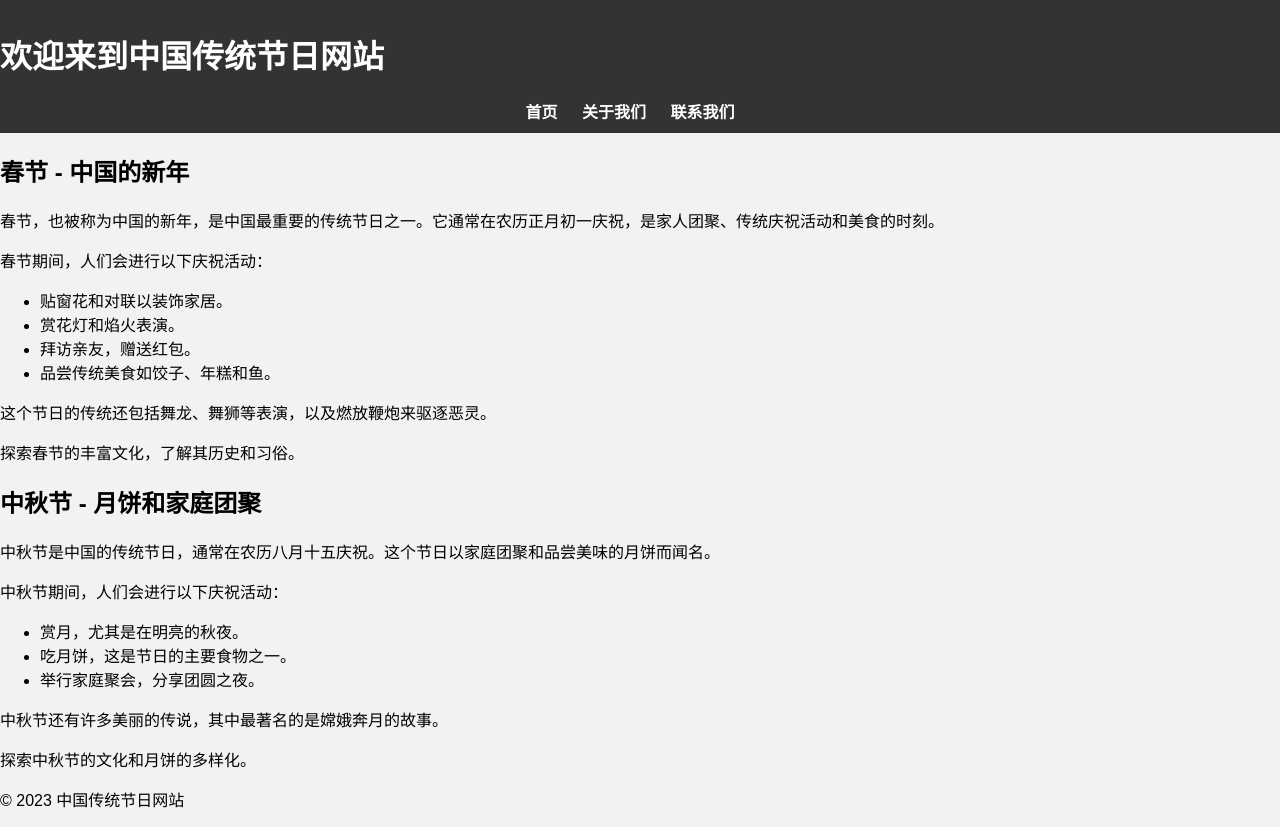
Repository: XueJie1/computer-operation-basics
Page: index.html
These files come from the project's save history. The page is drawn as it stood at one moment and after the next save; the edit follows.
The browser window is 1280 px wide. The pictures show the whole page.

Above is the page before, as saved 2023-08-30 14:12:57.

After the next save:
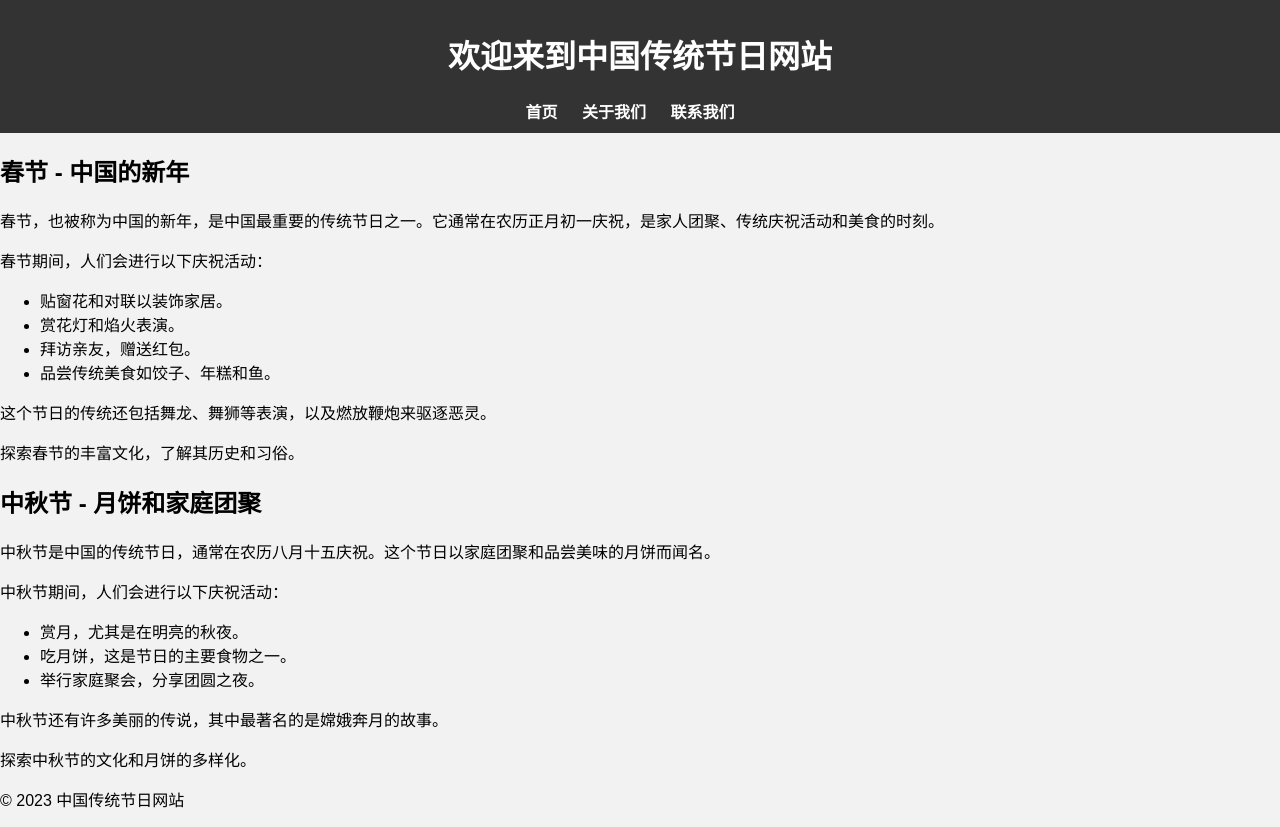
Saved 21 s later.
--- a/styles.css
+++ b/styles.css
@@ -15,6 +15,10 @@ header {
     background-color: #333;
     color: #fff;
     padding: 10px 0;
+}
+
+header h1{
+    text-align: center;
 }
 
 nav ul {
